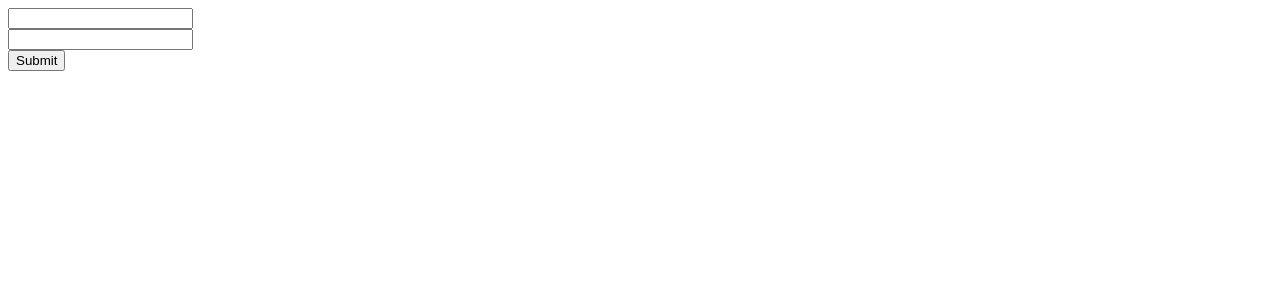
Repository: pprimozz/Java-EE
Page: http://localhost/bootjpa/home.jsp
These files come from the project's save history. The page is drawn as it stood at one moment and after the next save; the edit follows.
The browser window is 1280 px wide. The pictures show the whole page.
The page is served by Tomcat 9. Other server files are loaded and not shown.

Above is the page before, as saved 2018-11-26 20:33:51.

### Java Frameworks/Springboot/bootjpa/src/main/webapp/home.jsp
<%@ page language="java" contentType="text/html; charset=ISO-8859-1"
    pageEncoding="ISO-8859-1"%>
<!DOCTYPE html>
<html>
<head>
<meta charset="ISO-8859-1">
<title>Insert title here</title>
</head>
<body>

		<form action="addAlien">
			<input type="text" name="aid"><br>
			<input type="text" name="aname"><br>
			<input type="submit"><br>

		</form>
</body>
</html>

After the next save:
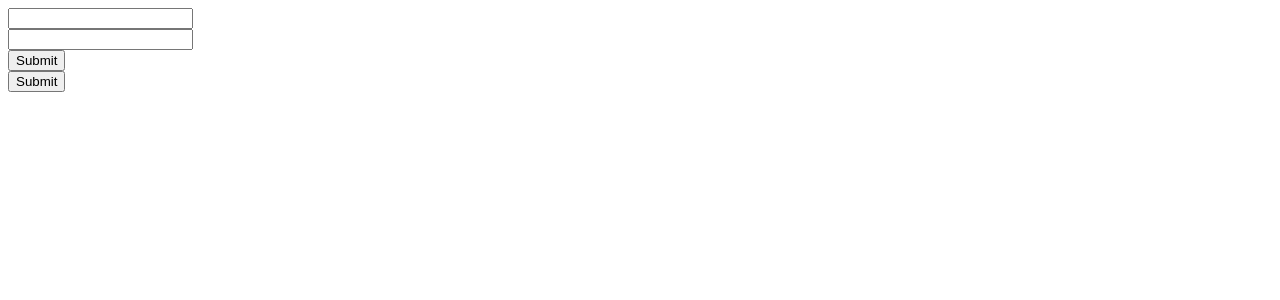
Saved 83 s later.
--- a/Java Frameworks/Springboot/bootjpa/src/main/webapp/home.jsp
+++ b/Java Frameworks/Springboot/bootjpa/src/main/webapp/home.jsp
@@ -14,5 +14,10 @@
 			<input type="submit"><br>
 
 		</form>
+
+		<form action="getAlien">
+			<input type="submit"><br>
+		</form>
+
 </body>
 </html>
